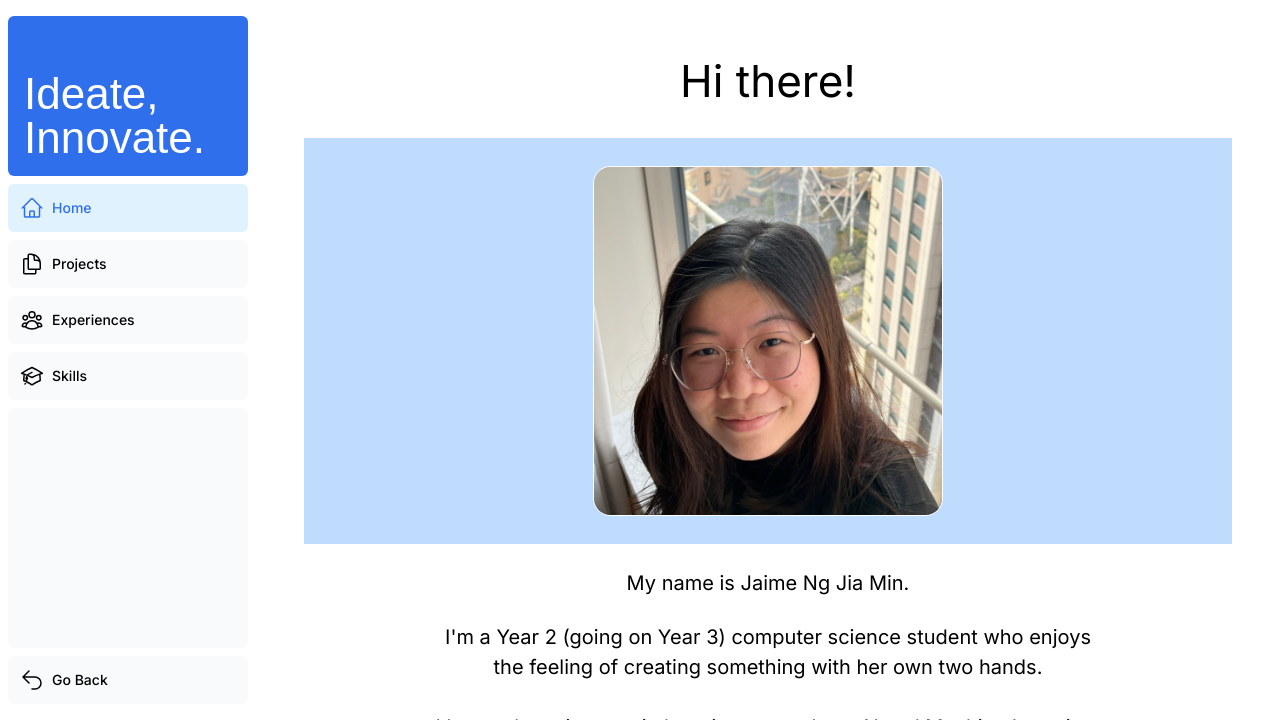
Repository: ThatGirlJam/jaime-portfolio
Page: /dashboard
These files come from the project's save history. The page is drawn as it stood at one moment and after the next save; the edit follows.
The browser window is 1280 px wide. The pictures show the whole page.
An inner scrolling area shows only its first screen. Some web fonts or font styles are not loaded; a fallback is used. The project was rebuilt for these pictures with package versions that can differ from the ones it lists, and the page was loaded fresh each time. The framework's server and built-in components were replaced by stand-ins that run in the browser. Also part of the build but not shown: next.config.js.

Above is the page before, as saved 2024-04-10 00:45:23.

After the next save:
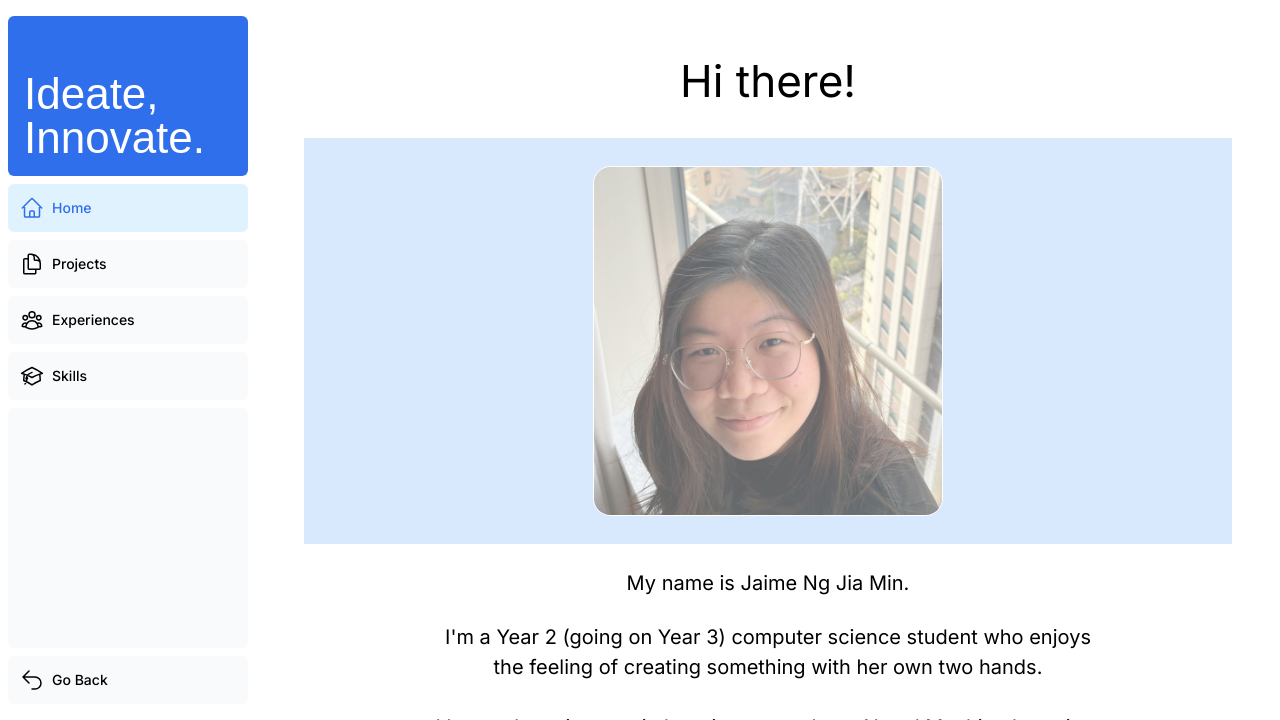
Saved 30 s later.
--- a/app/dashboard/page.tsx
+++ b/app/dashboard/page.tsx
@@ -23,7 +23,7 @@
       <p className="text-[44px]"> Hi there! </p>
       <br/>
 
-      <div className="bg-blue-200 py-7">
+      <div className="bg-blue-200 py-7 opacity-60">
         <div style={divStyle}>
           <Image
             src="/jaime-linkedin-photo.jpeg"

After the save that followed:
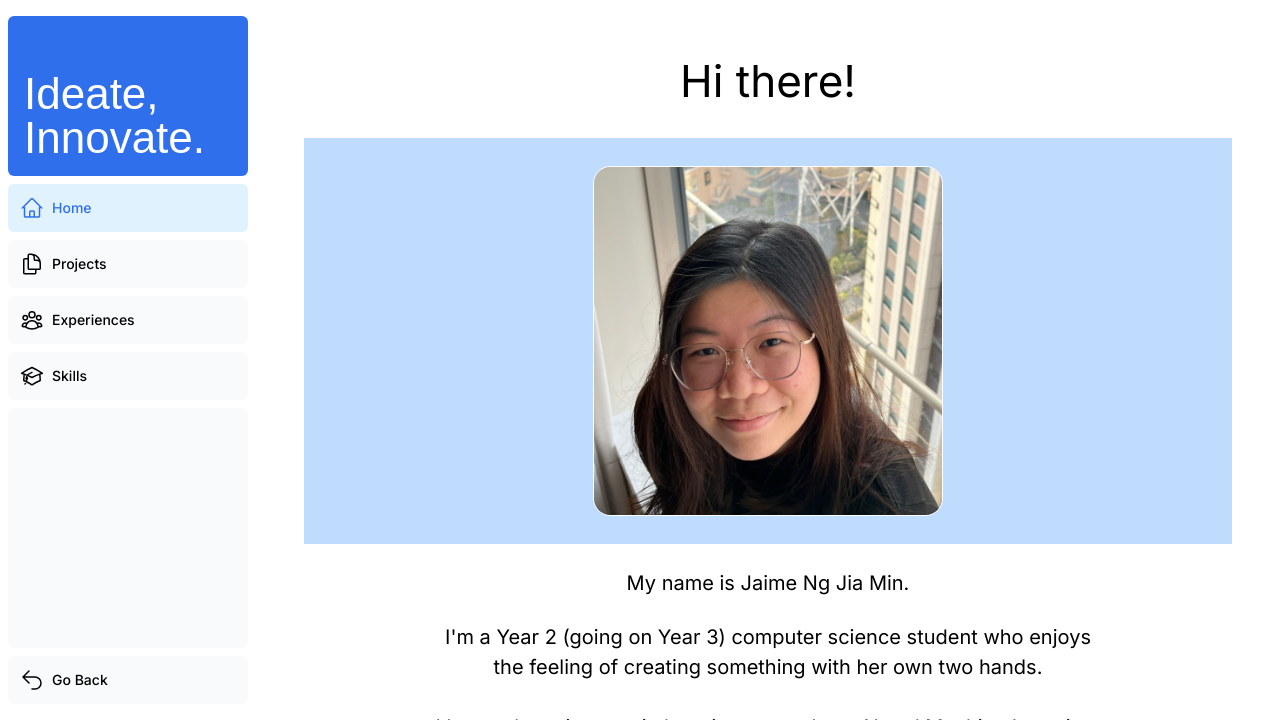
Saved 5 s later.
--- a/app/dashboard/page.tsx
+++ b/app/dashboard/page.tsx
@@ -23,7 +23,7 @@
       <p className="text-[44px]"> Hi there! </p>
       <br/>
 
-      <div className="bg-blue-200 py-7 opacity-60">
+      <div className="bg-blue-200 py-7">
         <div style={divStyle}>
           <Image
             src="/jaime-linkedin-photo.jpeg"
